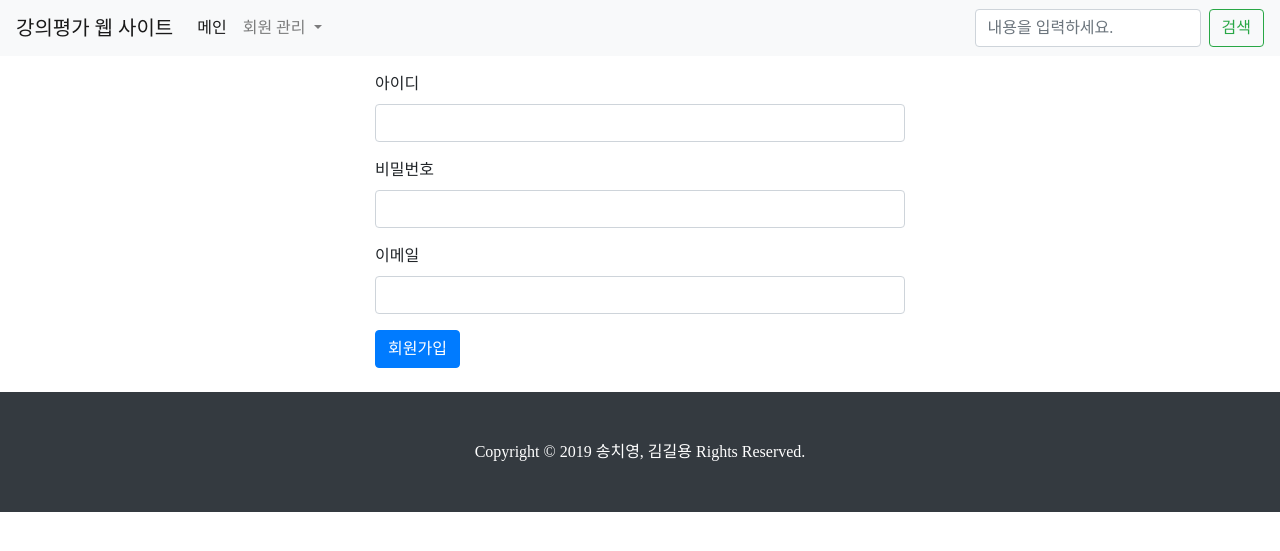
Repository: cldud5221/thdcldud
Page: http://localhost/info/userJoin.jsp
These files come from the project's save history. The page is drawn as it stood at one moment and after the next save; the edit follows.
The browser window is 1280 px wide. The pictures show the whole page.
Some web fonts or font styles are not loaded; a fallback is used. The page is served by Tomcat 9. Other server files are loaded and not shown.

Above is the page before, as saved 2019-07-09 12:21:15.

### info/WebContent/userJoin.jsp
<%@ page language="java" contentType="text/html; charset=UTF-8" pageEncoding="UTF-8"%>
<!DOCTYPE html>
<html>
<head>
	<meta http-equiv="Content-Type" content="text/html; charset=UTF-8">
	<meta name="viewport" content="width=device-width, initial-scale=1, shrink-to-fit=no">
	<title> 강의 평가 웹 사이트   </title>
	<!-- 부트스트랩 CSS 추가하기 -->
	<link rel="stylesheet" href="./css/bootstrap.min.css">
	<!-- 커스텀 CSS 추가하기 -->
	<link rel="stylesheet" href="./css/custom.css">
</head>
<body>
	<nav class="navbar navbar-expand-lg navbar-light bg-light">
		<a class="navbar-brand" href="index.jsp"> 강의평가 웹 사이트</a>
		<button class="navbar-toggler" type="button" data-toggle="collapse" data-target="#navbar">
			<span class="navbar-toggler-icon"></span>
		</button>
		<div id="navbar" class="collapse navbar-collapse">
			<ul class="navbar-nav mr-auto">
				<li class="nav-item active">
					<a class="nav-link" href="index.jsp">메인</a>
				</li>
				<li class="nav-item dropdown">
					<a class="nav-link dropdown-toggle" id="dropdown" data-toggle="dropdown">
						회원 관리
					</a>
					<div class="dropdown-menu" aria-labelledby="dropdown">
						<a class="dropdown-item" href="userLogin.jsp">로그인</a>
						<a class="dropdown-item" href="userJoin.jsp">회원가입</a>
						<a class="dropdown-item" href="userLogout.jsp">로그아웃</a>
					</div>
				</li>
			</ul>
			<form class="form-inline my-2 my-lg-0">
				<input class="form-control mr-sm-2" type="search" placeholder="내용을 입력하세요." aria-label="Search">
				<button class="btn btn-outline-success my-2 my-sm-0" type="submit">검색</button>
			</form>
		</div>
	</nav>
	<section class="container mt-3" style="max-width: 560px;">
		<form method="post" action="./userRegisterAction.jsp">
			<div class="form-group">
				<label>아이디</label>
				<input type="text" name="userID" class="form-control">
			</div>
			<div class="form-group">
				<label>비밀번호</label>
				<input type="password" name="userPassword" class="form-control">
			</div>
			<div class="form-group">
				<label>이메일</label>
				<input type="email" name="userEmail" class="form-control">
			</div>
			<button type="submit" class="btn btn-primary">회원가입</button>
		</form>
	</section>
	<footer class="bg-dark mt-4 p-5 text-center" style="color: #FFFFFF;">
			Copyright &copy; 2019 송치영, 김길용 Rights Reserved.
	</footer>
	<!-- 제이쿼리 자바스크립트 추가하기 -->
	<script src="./js/jquery.min.js"></script>
	<!-- 파퍼 자바스크립트 추가하기 -->
	<script src="./js/pooper.js"></script>
	<!-- 부트스트랩 자바스크립트 추가하기 -->
	<script src="./js/bootstrap.min.js"></script>
</body>
</html>

### info/WebContent/css/custom.css
@import url(https://fonts.googleapis.com/earlyaccess/jejugothic.css);
@import url(https://fonts.googleapis.com/earlyaccess/nanumgothic.css);
.navbar-brand, h1, h2, h3, h4 {
	font-family: 'Jeju Gothic';
}
h5 {
	font-family: 'Jeju Gothic';
	font-size: 18px;
}
body {
	font-family: 'Nanum Gothic';
}

Loaded but not shown: info/WebContent/css/bootstrap.min.css (library); info/WebContent/js/jquery.min.js (library); info/WebContent/js/pooper.js (library); info/WebContent/js/bootstrap.min.js (library)

After the next save:
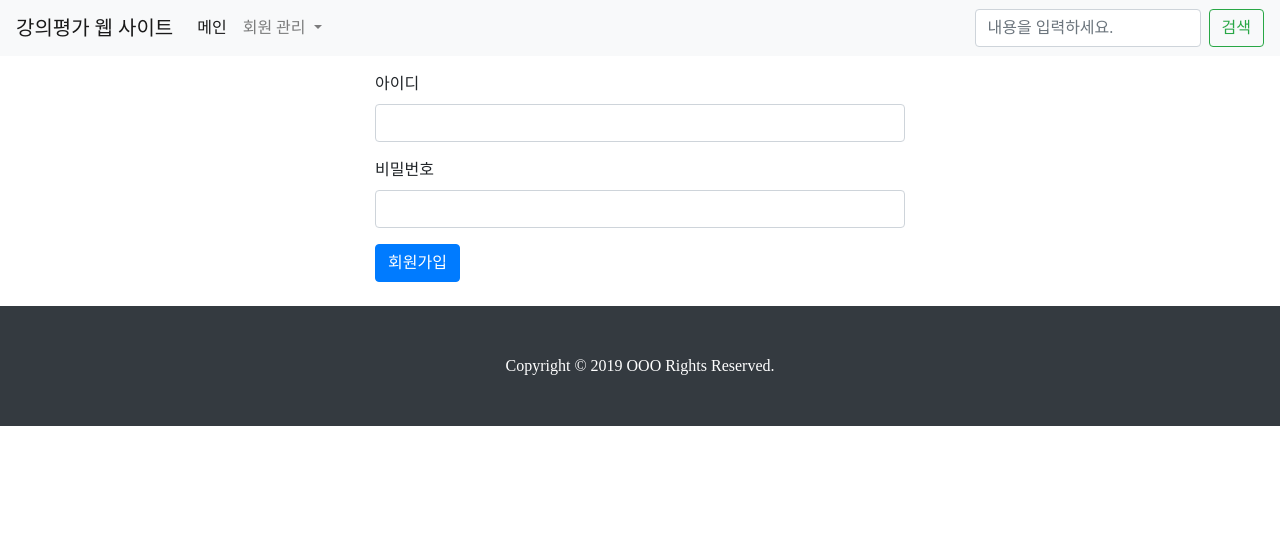
Saved 35 h 49 min later.
--- a/info/WebContent/userJoin.jsp
+++ b/info/WebContent/userJoin.jsp
@@ -48,15 +48,11 @@
 				<label>비밀번호</label>
 				<input type="password" name="userPassword" class="form-control">
 			</div>
-			<div class="form-group">
-				<label>이메일</label>
-				<input type="email" name="userEmail" class="form-control">
-			</div>
 			<button type="submit" class="btn btn-primary">회원가입</button>
 		</form>
 	</section>
 	<footer class="bg-dark mt-4 p-5 text-center" style="color: #FFFFFF;">
-			Copyright &copy; 2019 송치영, 김길용 Rights Reserved.
+			Copyright &copy; 2019 OOO Rights Reserved.
 	</footer>
 	<!-- 제이쿼리 자바스크립트 추가하기 -->
 	<script src="./js/jquery.min.js"></script>
